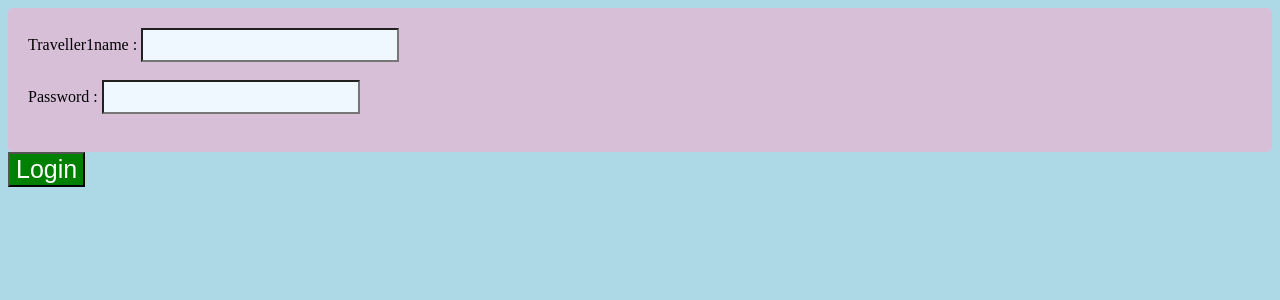
Repository: KanimozhiThandapani/Phase2AirlineBookingProject
Page: http://localhost/AirlineBooking/registrationPage.jsp
These files come from the project's save history. The page is drawn as it stood at one moment and after the next save; the edit follows.
The browser window is 1280 px wide. The pictures show the whole page.
The page is served by Tomcat 9.

Above is the page before, as saved 2022-04-26 07:28:28.

After the next save:
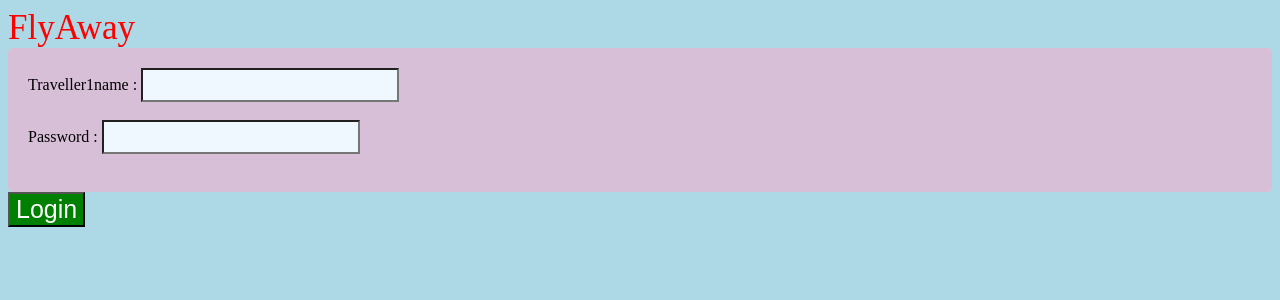
Saved 62 s later.
--- a/AirlineBooking/WebContent/registrationPage.jsp
+++ b/AirlineBooking/WebContent/registrationPage.jsp
@@ -31,7 +31,7 @@ h3 {
 </head>
 <body style="background-color:lightblue;">
 <form action="bookedFlights" method="get">
-
+   <h>FlyAway</h>
 
    <div>
     <label>Traveller1name :</label>
